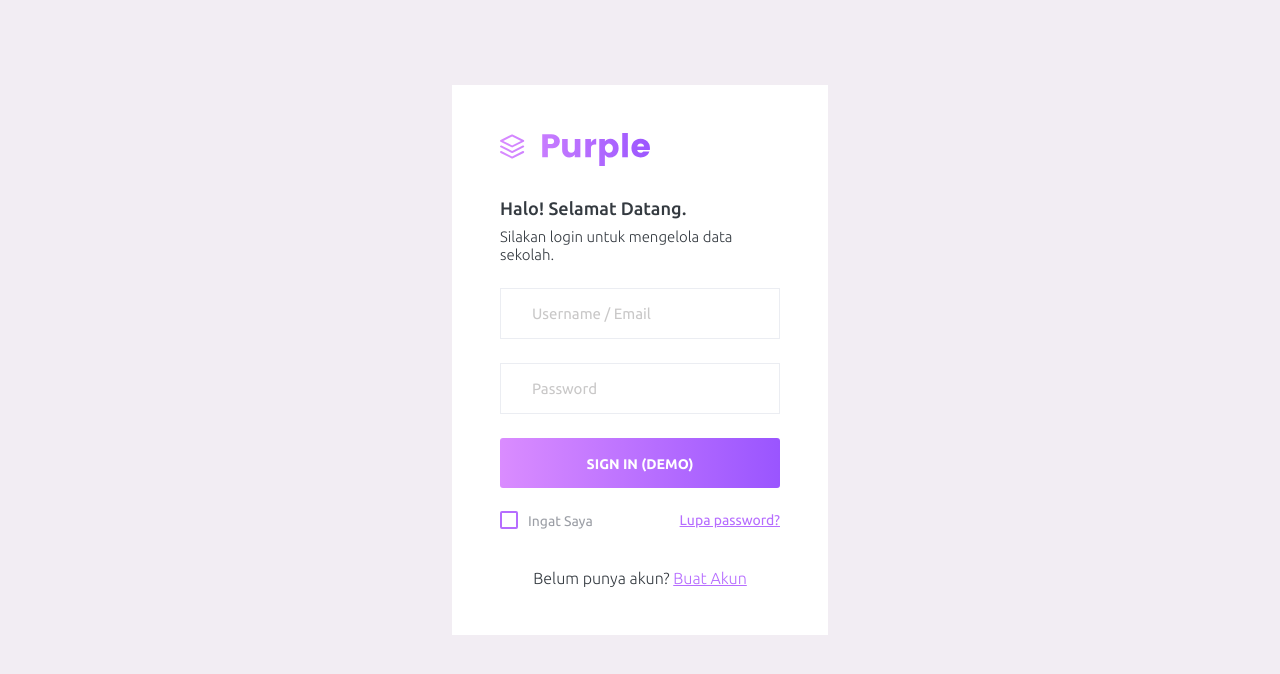
Repository: MKennyChaniago/sekolah-mi-nurul-iman
Page: http://localhost/login
The author's editor kept a copy of each file at every save. The page is drawn from the files as they stood at one save, then again after the next save.
The browser window is 1280 px wide. The pictures show the whole page.
The page is served by the project's Laravel application, run on PHP 8.4 with Laravel 12.

Above is the page before, as saved 2025-12-07 11:05:25.

After the next save:
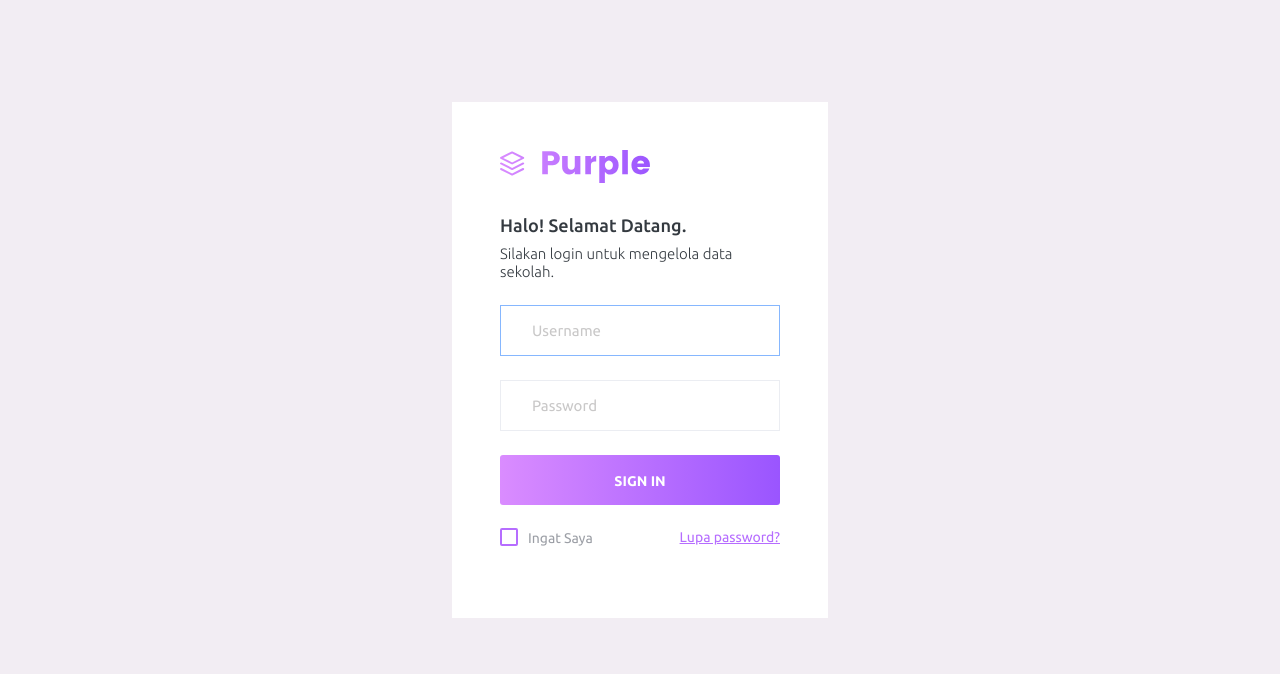
Saved 6 min 45 s later.
--- a/resources/views/admin/login.blade.php
+++ b/resources/views/admin/login.blade.php
@@ -26,33 +26,65 @@
                 <h4>Halo! Selamat Datang.</h4>
                 <h6 class="font-weight-light">Silakan login untuk mengelola data sekolah.</h6>
 
-                <form class="pt-3">
+                <form class="pt-3" method="POST" action="{{ route('login') }}">
+
+                  @csrf
+
+                  @if ($errors->any())
+                    <div class="alert alert-danger alert-dismissible fade show" role="alert">
+                        <strong>Login Gagal!</strong> Periksa kembali username dan password Anda.
+                    </div>
+                  @endif
+
                   <div class="form-group">
-                    <input type="email" class="form-control form-control-lg" id="exampleInputEmail1" placeholder="Username / Email">
+                    <input type="text"
+                           name="username"
+                           class="form-control form-control-lg @error('username') is-invalid @enderror"
+                           id="username"
+                           placeholder="Username"
+                           value="{{ old('username') }}"
+                           required
+                           autofocus>
+
+                    @error('username')
+                        <span class="invalid-feedback" role="alert">
+                            <strong>{{ $message }}</strong>
+                        </span>
+                    @enderror
                   </div>
+
                   <div class="form-group">
-                    <input type="password" class="form-control form-control-lg" id="exampleInputPassword1" placeholder="Password">
+                    <input type="password"
+                           name="password"
+                           class="form-control form-control-lg @error('password') is-invalid @enderror"
+                           id="password"
+                           placeholder="Password"
+                           required>
+
+                    @error('password')
+                        <span class="invalid-feedback" role="alert">
+                            <strong>{{ $message }}</strong>
+                        </span>
+                    @enderror
                   </div>
+
                   <div class="mt-3 d-grid gap-2">
-                    <a class="btn btn-block btn-gradient-primary btn-lg font-weight-medium auth-form-btn"
-                      href="{{ route('admin.dashboard') }}">
-                      SIGN IN (DEMO)
-                    </a>
+                    <button type="submit" class="btn btn-block btn-gradient-primary btn-lg font-weight-medium auth-form-btn">
+                      SIGN IN
+                    </button>
                   </div>
+
                   <div class="my-2 d-flex justify-content-between align-items-center">
                     <div class="form-check">
                       <label class="form-check-label text-muted">
-                        <input type="checkbox" class="form-check-input"> Ingat Saya
+                        <input type="checkbox" name="remember" class="form-check-input" {{ old('remember') ? 'checked' : '' }}> Ingat Saya
                       </label>
                     </div>
                     <a href="#" class="auth-link text-primary">Lupa password?</a>
                   </div>
 
-                  <div class="text-center mt-4 font-weight-light">
-                    Belum punya akun? <a href="{{ url('/admin/register') }}" class="text-primary">Buat Akun</a>
-                  </div>
-                </form>
-              </div>
+                  </form>
+                </div>
             </div>
           </div>
         </div>
